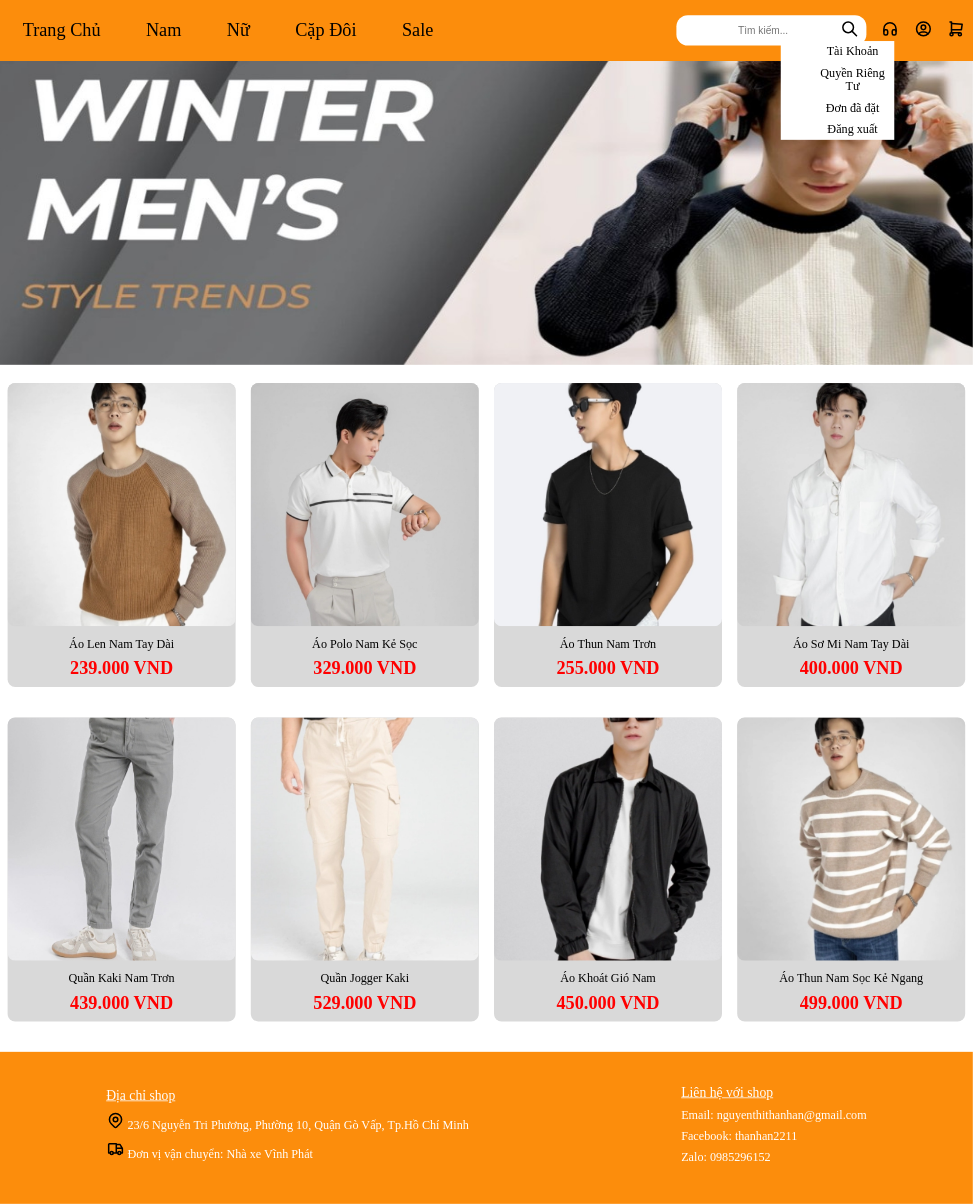
Repository: manhhieu120499/Project_ShopQuanAo
Page: html/nam.html
The author's editor kept a copy of each file at every save. The page is drawn from the files as they stood at one save, then again after a run of saves.
The browser window is 1280 px wide. The pictures show the whole page, at 76% of full size.

Above is the page before, as saved 2023-03-06 00:17:54.

### html/nam.html
<!DOCTYPE html>
<html lang="en">
<head>
    <meta charset="UTF-8">
    <meta http-equiv="X-UA-Compatible" content="IE=edge">
    <meta name="viewport" content="width=device-width, initial-scale=1.0">
    <title>Document</title>
    <link rel="stylesheet" href="/css/style_nam.css">
</head>
<body>
    <div class="wrap">
        <div class="header">
            <div class="header_nav">
                <a href="#">Trang Chủ</a>
                <a href="#">Nam</a>
                <a href="#">Nữ</a>
                <a href="#">Cặp Đôi</a>
                <a href="#">Sale</a>
            </div>
            <div class="right_header">
                <a href="#" class="search">
                    <svg xmlns="http://www.w3.org/2000/svg" class="icon icon-tabler icon-tabler-search" width="24" height="24" viewBox="0 0 24 24" stroke-width="2" stroke="currentColor" fill="none" stroke-linecap="round" stroke-linejoin="round">
                        <path stroke="none" d="M0 0h24v24H0z" fill="none"></path>
                        <path d="M10 10m-7 0a7 7 0 1 0 14 0a7 7 0 1 0 -14 0"></path>
                        <path d="M21 21l-6 -6"></path>
                     </svg>
                </a>
                <input type="text" placeholder="                  Tìm kiếm...">
                <a href="#" class="headphone">
                    <svg xmlns="http://www.w3.org/2000/svg" class="icon icon-tabler icon-tabler-headphones " width="24" height="24" viewBox="0 0 24 24" stroke-width="2" stroke="currentColor" fill="none" stroke-linecap="round" stroke-linejoin="round">
                        <path stroke="none" d="M0 0h24v24H0z" fill="none"></path>
                        <path d="M4 13m0 2a2 2 0 0 1 2 -2h1a2 2 0 0 1 2 2v3a2 2 0 0 1 -2 2h-1a2 2 0 0 1 -2 -2z"></path>
                        <path d="M15 13m0 2a2 2 0 0 1 2 -2h1a2 2 0 0 1 2 2v3a2 2 0 0 1 -2 2h-1a2 2 0 0 1 -2 -2z"></path>
                        <path d="M4 15v-3a8 8 0 0 1 16 0v3"></path>
                     </svg>
                     <p class="phone_number">Hotline: 19008198</p>
                </a>
                <a href="#" class="user">
                    <svg xmlns="http://www.w3.org/2000/svg" class="icon icon-tabler icon-tabler-user-circle " width="24" height="24" viewBox="0 0 24 24" stroke-width="2" stroke="currentColor" fill="none" stroke-linecap="round" stroke-linejoin="round">
                        <path stroke="none" d="M0 0h24v24H0z" fill="none"></path>
                        <path d="M12 12m-9 0a9 9 0 1 0 18 0a9 9 0 1 0 -18 0"></path>
                        <path d="M12 10m-3 0a3 3 0 1 0 6 0a3 3 0 1 0 -6 0"></path>
                        <path d="M6.168 18.849a4 4 0 0 1 3.832 -2.849h4a4 4 0 0 1 3.834 2.855"></path>
                     </svg>
                     <ul class="sub_menu">
                        <li>Tài Khoản</li>
                        <li>Quyền Riêng Tư</li>
                        <li>Đơn đã đặt</li>
                        <li>Đăng xuất</li>
                     </ul>
                </a>
                <a href="#">
                    <svg xmlns="http://www.w3.org/2000/svg" class="icon icon-tabler icon-tabler-shopping-cart" width="24" height="24" viewBox="0 0 24 24" stroke-width="2" stroke="currentColor" fill="none" stroke-linecap="round" stroke-linejoin="round">
                        <path stroke="none" d="M0 0h24v24H0z" fill="none"></path>
                        <path d="M6 19m-2 0a2 2 0 1 0 4 0a2 2 0 1 0 -4 0"></path>
                        <path d="M17 19m-2 0a2 2 0 1 0 4 0a2 2 0 1 0 -4 0"></path>
                        <path d="M17 17h-11v-14h-2"></path>
                        <path d="M6 5l14 1l-1 7h-13"></path>
                     </svg>
                </a>
            </div>
        </div>

        <!--Slide_bar-->
        <div class="slide_bar">
            <img src="/image/image_trangnam/16.jpg" alt="picture_panel">
        </div>

        <!--products-->
        <div class="products">
            <div class="product_one">
                 <div class="product_item">
                    <a href="#"><img src="/image/image_trangnam/22.jpg" alt=""></a>
                    <p>Áo Len Nam Tay Dài</p>
                    <p>239.000 VND</p>
                 </div>
                 <div class="product_item">
                    <a href="#"><img src="/image/image_trangnam/17.jpg" alt=""></a>
                    <p>Áo Polo Nam Kẻ Sọc</p>
                    <p>329.000 VND</p>
                 </div>
                 <div class="product_item">
                    <a href="#"><img src="/image/image_trangnam/23.jpg" alt=""></a>
                    <p>Áo Thun Nam Trơn</p>
                    <p>255.000 VND</p>
                 </div>
                 <div class="product_item">
                    <a href="#"><img src="/image/image_trangnam/19.jpg" alt=""></a>
                    <p>Áo Sơ Mi Nam Tay Dài</p>
                    <p>400.000 VND</p>
                 </div>
            </div>

            <div class="product_one product_two">
                <div class="product_item">
                   <a href="#"><img src="/image/image_trangnam/24.jpg" alt=""></a>
                   <p>Quần Kaki Nam Trơn</p>
                   <p>439.000 VND</p>
                </div>
                <div class="product_item">
                   <a href="#"><img src="/image/image_trangnam/25.jpg" alt=""></a>
                   <p>Quần Jogger Kaki</p>
                   <p>529.000 VND</p>
                </div>
                <div class="product_item">
                   <a href="#"><img src="/image/image_trangnam/26.jpg" alt=""></a>
                   <p>Áo Khoát Gió Nam</p>
                   <p>450.000 VND</p>
                </div>
                <div class="product_item">
                   <a href="#"><img src="/image/image_trangnam/27.jpg" alt=""></a>
                   <p>Áo Thun Nam Sọc Kẻ Ngang</p>
                   <p>499.000 VND</p>
                </div>
           </div>
        </div>

        <!--Footer-->
        <div class="footer">
            <div class="left_footer">
                  <p class="address">Địa chỉ shop</p>
                  <p>
                    <a class="icon">
                        <svg xmlns="http://www.w3.org/2000/svg" class="icon icon-tabler icon-tabler-map-pin" width="24" height="24" viewBox="0 0 24 24" stroke-width="2" stroke="currentColor" fill="none" stroke-linecap="round" stroke-linejoin="round">
                            <path stroke="none" d="M0 0h24v24H0z" fill="none"></path>
                            <path d="M12 11m-3 0a3 3 0 1 0 6 0a3 3 0 1 0 -6 0"></path>
                            <path d="M17.657 16.657l-4.243 4.243a2 2 0 0 1 -2.827 0l-4.244 -4.243a8 8 0 1 1 11.314 0z"></path>
                         </svg>
                    </a>
                     23/6 Nguyễn Tri Phương, Phường 10, Quận Gò Vấp, Tp.Hồ Chí Minh
                  </p>
                  <p>
                    <a>
                        <svg xmlns="http://www.w3.org/2000/svg" class="icon icon-tabler icon-tabler-truck" width="24" height="24" viewBox="0 0 24 24" stroke-width="2" stroke="currentColor" fill="none" stroke-linecap="round" stroke-linejoin="round">
                            <path stroke="none" d="M0 0h24v24H0z" fill="none"></path>
                            <path d="M7 17m-2 0a2 2 0 1 0 4 0a2 2 0 1 0 -4 0"></path>
                            <path d="M17 17m-2 0a2 2 0 1 0 4 0a2 2 0 1 0 -4 0"></path>
                            <path d="M5 17h-2v-11a1 1 0 0 1 1 -1h9v12m-4 0h6m4 0h2v-6h-8m0 -5h5l3 5"></path>
                         </svg>
                         Đơn vị vận chuyển: Nhà xe Vĩnh Phát
                    </a>
                  </p>
            </div>
            <div class="right_footer">
                 <p class="address">Liên hệ với shop</p>
                 <p>Email: nguyenthithanhan@gmail.com</p>
                 <p>Facebook: thanhan2211</p>
                 <p>Zalo: 0985296152</p>
            </div>

        </div>
    </div>
</body>
</html>

### css/style_nam.css
* {
    margin: 0;
    box-sizing: border-box;
}

.header {
    background-color: #FC8D0C;
    width: 100%;
    height: 80px;
    display: flex;
    justify-content: space-between;
    align-items: center;
    position: fixed;
    top: 0;
    left: 0;
}

.header .header_nav {
    display: flex;
    justify-content: space-around;
    width: 600px;
}

.header_nav > a {
    color: black;
    text-decoration: none;
    font-size: 24px;
}

.header_nav > a:hover {
    color: white;
}

.header .right_header {
    display: flex;
    justify-content: space-around;
    width: 400px;
    align-items: center;
}

.right_header > input {
    width: 250px;
    height: 40px;
    padding: 0 15px;
    border-radius: 15px;
    border: none;
    position: relative;
}

.right_header > a {
    color: black;
}

.right_header .search {
    position: absolute;
    z-index: 1;
    right: 150px;
}

.slide_bar {
    margin-top: 80px;
}

.slide_bar > img {
    width: 100%;
    height: 400px;
    object-fit: fill;
}


/*products*/
.products {
    margin-top: 20px;
}
.product_one {
    display: flex;
    justify-content: space-around;
}

.product_one .product_item {
    width: 300px;
    height: 400px;
    background-color: #D9D9D9;
    border-radius: 10px;
}

.product_item > a > img {
    width: 100%;
    height: 320px;
    border-radius: 10px;
    object-fit: cover;
}

.product_item > p {
    font-size: 16px;
    text-align: center;
    margin-top: 10px;
}

.product_item > p:nth-child(3) {
    color: red;
    font-size: 24px;
    font-weight: bold;
}

.product_two {
    margin-top: 40px;
}

/*footer*/

.footer {
    margin-top: 40px;
    width: 100%;
    height: 200px;
    background-color: #FC8D0C;
    display: flex;
    justify-content: space-around;
    align-items: center;
    color: white;
}

.footer .left_footer {
    display: flex;
    flex-direction: column;
}

.left_footer p {
    margin-bottom: 10px;
}

.left_footer .address {
    text-decoration: underline;
    font-size: 18px;
}

.footer .right_footer {
    display: flex;
    flex-direction: column;
}

.right_footer p {
    margin-bottom: 10px;
}

.right_footer .address {
    text-decoration: underline;
    font-size: 18px;
}

.footer svg {
    color: black;
}

 /*Tạo hiệu ứng khi rê chuột vào icon headphone sẽ hiển thị số hotline cửa hàng*/
.headphone {
    position: relative;
}

.headphone:hover > .phone_number {
    display: block;
}


.headphone .phone_number {
    position: absolute;
    top: 60px;
    right: -70px;
    background-color: white;
    width: 150px;
    height: 40px;
    text-align: center;
    line-height: 40px;
    border-radius: 10px;
    display: none;
}

/*Tạo submenu cho icon user-circle*/
.user {
    position: relative;
}

.user .sub_menu {
    width: 150px;
    min-height: 50px;
    background-color: white;
    position: absolute;
    right: 50px;
}

.user .sub_menu li {
    list-style: none;
    padding: 5px;
    text-align: center;
}

After the next 2 saves:
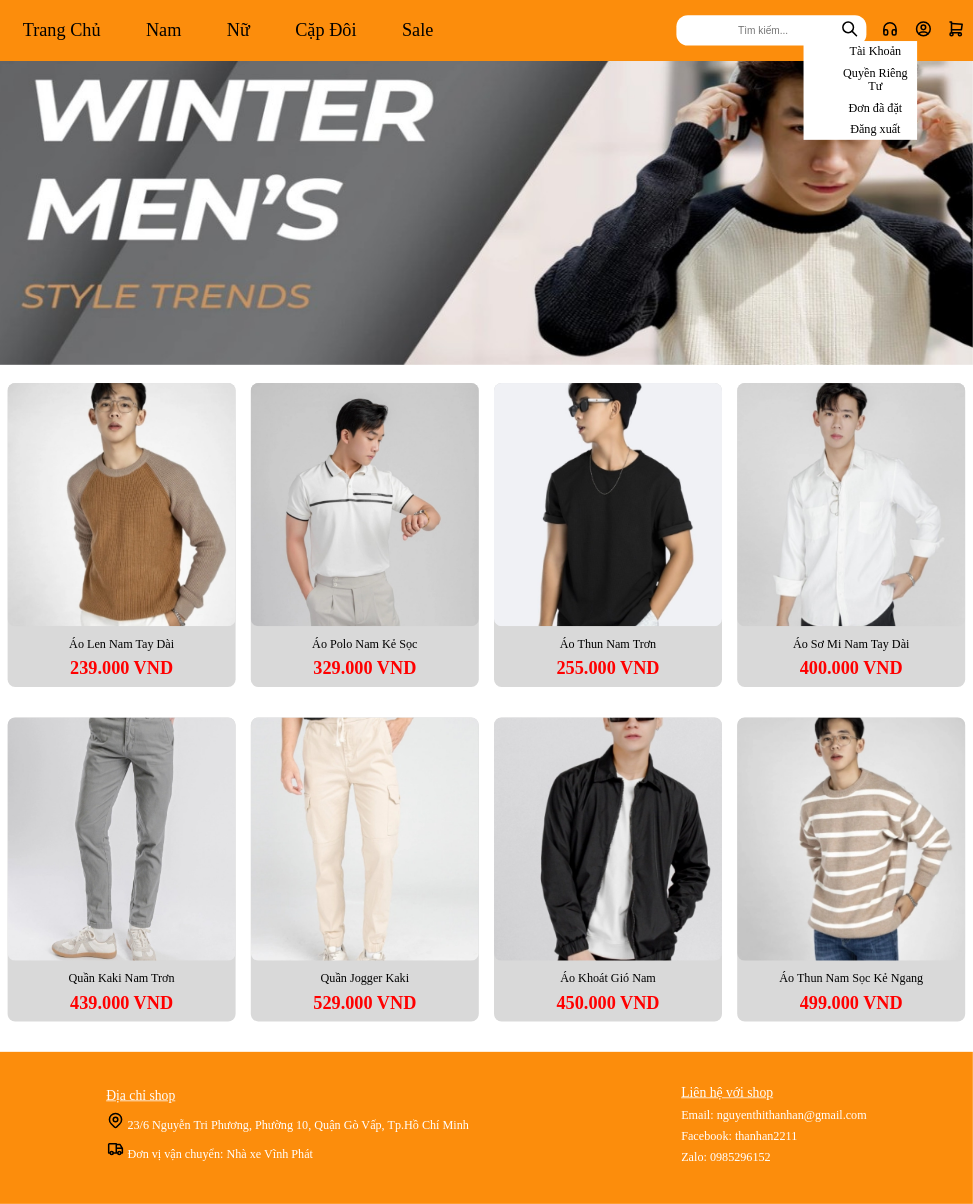
The 2 saves are shown as one change because they came seconds apart.
The last was saved 9 s later.
--- a/css/style_nam.css
+++ b/css/style_nam.css
@@ -185,7 +185,7 @@
     min-height: 50px;
     background-color: white;
     position: absolute;
-    right: 50px;
+    right: 20px;
 }
 
 .user .sub_menu li {
